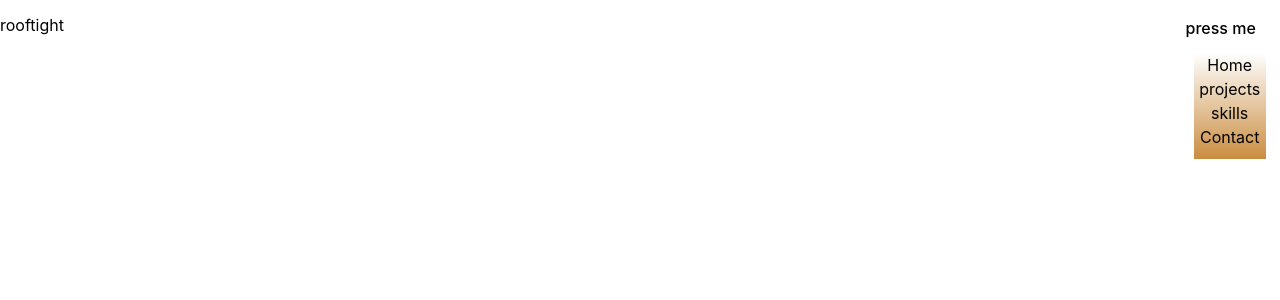
Repository: TMuse333/real-estate-landingpage
Page: /
These files come from the project's save history. The page is drawn as it stood at one moment and after a run of saves; the edit follows.
The browser window is 1280 px wide. The pictures show the whole page.
The project was rebuilt for these pictures with package versions that can differ from the ones it lists, and the page was loaded fresh each time. Also part of the build but not shown: vite.config.js.

Above is the page before, as saved 2023-09-19 16:00:24.

### src/App.jsx
import { useState } from 'react'

import './App.css'

import Navbar from './components/navbar'

function App() {


  return (
    <>
    <Navbar/>
    </>
  )
}

export default App

### src/App.css
.header-container{
  display: flex;
  justify-content: space-between;
  align-items: center;
  width: 100vw;
  position: fixed;
  top: 0px;
  background: linear-gradient(to right, #ffffff, #ffffff);
  height: 50px;
  z-index: 10000;
  color:black;

 }

 .nav-list{

  list-style: none;
padding: 0;
  padding-bottom: 10px; /* Remove any default padding */
  margin: 0;
  transform: translate(15px,60px);
  width: 55%;
  background: linear-gradient( #ffffff, #ca8c3f);
}

.list-container {
  position: relative;
  display: flex;
  flex-direction: column;
  align-items: center; /* Vertically center-align the items */
  text-align: center; /* Horizontally center-align the text within li elements */
}

.nav-button{
  margin-right: 20px;
  transform: translate(1rem,3.5rem);
  background-color: transparent;
}

### src/components/navbar.jsx
import React, { useState,useEffect } from 'react';




const Navbar = () => {
  const [subMenuVisible, setSubMenuVisible] = useState(false);

  const toggleSubMenu = () => {
    setSubMenuVisible(!subMenuVisible);
  };

  const scrollToSection = (sectionId) => {

    const element = document.getElementById(sectionId);
    if (element) {

      element.scrollIntoView({
        behavior: 'smooth', // Smooth scrolling
        block: 'start',    // Scroll to the top of the element
      });
    }
  }

  useEffect(() => {
    // Function to update sub-menu visibility when the screen width changes
    const handleResize = () => {
      const screenWidth = window.innerWidth;
      setSubMenuVisible(screenWidth >= 415); // Set subMenuVisible to true if screen width is at least 415 pixels
    };

    // Add a resize event listener to update the sub-menu visibility
    window.addEventListener('resize', handleResize);

    // Initial call to set sub-menu visibility based on current screen width
    handleResize();

    // Clean up the event listener when the component unmounts
    return () => {
      window.removeEventListener('resize', handleResize);
    };
  }, []);

  const style = {

    opacity: subMenuVisible ? 1 : 0
    ,

  };

  return (
    <div className='header-container'>
      <div className='logo'>rooftight</div>
      <div className='list-container'>
        <button onClick={toggleSubMenu} className='nav-button'>
          press me
        </button>
        <ul style={style} className='nav-list'>

          <li onClick={()=>scrollToSection('about')}>Home</li>



          <li onClick={()=>scrollToSection('projects')}>projects</li>


          <li onClick={()=>scrollToSection('skills')}>skills</li>



          <li onClick={()=>scrollToSection('contact')}> Contact</li>

        </ul>
      </div>
    </div>
  );
};

export default Navbar;

Loaded but not shown: index.html (common file); src/main.jsx (common file); src/index.css (common file)

After the next 2 saves:
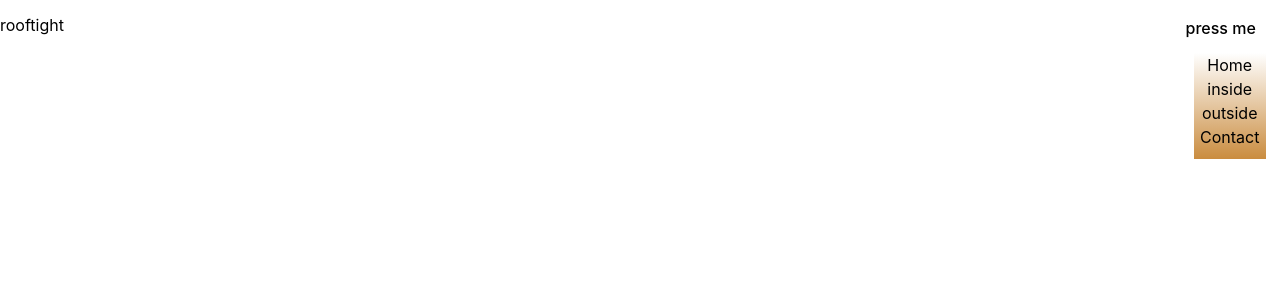
The 2 saves are shown as one change because they came seconds apart.
The last was saved 9 s later.
--- a/src/components/navbar.jsx
+++ b/src/components/navbar.jsx
@@ -61,10 +61,10 @@ const Navbar = () => {
 
 
 
-          <li onClick={()=>scrollToSection('projects')}>projects</li>
+          <li onClick={()=>scrollToSection('projects')}>inside</li>
 
 
-          <li onClick={()=>scrollToSection('skills')}>skills</li>
+          <li onClick={()=>scrollToSection('skills')}>outside</li>
 
 
 
